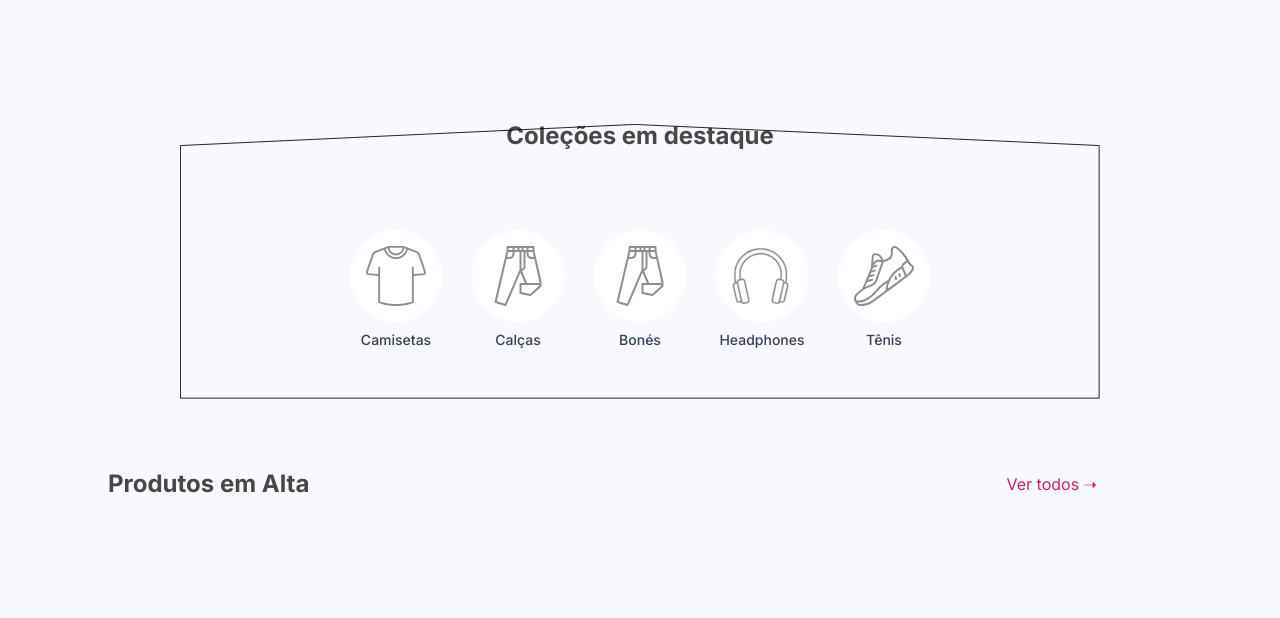
Repository: gimoli/loja-digital
Page: index.html
An editor plug-in stored every save of this project. The page is shown before and after the next save, followed by the edit.
The browser window is 1280 px wide. The pictures show the part of the page from y = 1294 to 1920 px (the page is 1912 px tall before and 1920 px after).

Above is the page before, as saved 2025-04-25 15:10:20.

### index.html
<!DOCTYPE html>
<html lang="pt-br">
<head>
    <meta charset="UTF-8">
    <meta name="viewport" content="width=device-width, initial-scale=1.0">
    <title>Digital Store</title>
    <link href="./style.css" rel="stylesheet">
    <script src="https://cdn.jsdelivr.net/npm/@tailwindcss/browser@4"></script>
    <link rel="shortcut icon" href="/assets/Logo-Digital.svg" type="image/x-icon">
</head>
<body>
<header class="flex flex-col gap-12 px-[108px] py-[38px]">
    <div class="flex items-center justify-between">
        <div class="flex gap-1">
            <img src="/assets/Logo-Digital.svg" alt="Logo da Digital Store">
            <h1 class="text-4xl text-(--primary-color) font-semibold">Digital Store</h1>
        </div>
        <input type="text" placeholder="Pesquisar produto..." class="bg-(--light-gray-3) py-2 px-3 rounded-lg ml-40 mr-14
         bg-[url(/assets/search.svg)] bg-no-repeat bg-right focus:placeholder-transparent w-[560px] focus:outline-none"/>
        <div>
            <a href="#" class="bg-(--primary-color) text-white rounded-lg px-7 py-3 font-bold text-sm">
                Entrar
            </a>
        </div>
        <div class="relative">
            <img src="/assets/Carrinho-preto.svg" alt="Imagem de um carrinho de compras">
            <div class="flex justify-center items-center absolute bg-(--tertiary-color) text-white font-bold text-xs rounded-full w-[18px] h-[18px] bottom-[15px] left-3">
                2
            </div>
        </div>
    </div>
    </div>
    <nav class="pl-32">
        <ul class="flex gap-6 text-(--dark-gray-2)">
            <li class="hover:text-(--primary-color) hover:font-bold">
                <a href="#">
                Home
            </a>
        </li>
            <li class="hover:text-(--primary-color) hover:font-bold">
                <a href="#">
                Produtos
            </a>
        </li>
            <li class="hover:text-(--primary-color) hover:font-bold">
                <a href="#">
                Categorias
            </a>
        </li>
            <li class="hover:text-(--primary-color) hover:font-bold">
                <a href="#">
                Meus Pedidos
            </a>
        </li>
        </ul>
    </nav>
</header>
<main>
    <section class="flex px-[108px] bg-(--light-gray-3) py-[78px] h-[680px] relative">
        <div class="flex flex-col gap-5 w-[466px]">
            <p class="text-(--warnig-color) font-bold">
                Melhores ofertas personalizadas
            </p>
            <h2 class="font-extrabold text-6xl">
                Queima de estoque Nike 🔥
            </h2>
            <p class="text-(--dark-gray-2) text-lg">
                Consequat culpa exercitation mollit nisi excepteur do do tempor laboris eiusmod irure consectetur.
            </p>
            <a href="#" class="flex items-center justify-center bg-(--primary-color) text-(--light-gray-3) font-bold w-[210px] h-[48px] rounded-lg">
                Ver Ofertas
            </a>
        </div>
        <img src="/assets/White-Sneakers-PNG-Clipart 1.svg" alt="Foto de um tenis branco" class="absolute right-28 bottom-8"/>
        <img src="/assets/ornament.svg" alt="Firula do site - by wendell" class="absolute top-12 right-8">
    </section>

    <section class="flex flex-col gap-15 px-[108px] py-[42px] bg-(--sec-color)">
        <div class="flex flex-col gap-10">
            <h4 class="text-(--dark-gray-2) font-bold text-2xl">
                Coleções em destaque
            </h4>
            <ul class="grid grid-cols-3 gap-3.5 h-68">
                <li  class="flex bg-[#D8E3F2] pl-8 pt-8 rounded-md relative bg-[url(/assets/star-wars-shirt-pic.svg)] bg-no-repeat bg-bottom-right">
                    <div class="w-1/2 z-10">
                    <p class="bg-[#E7FF86] rounded-4xl font-bold text-(--dark-gray-2) w-[96px] text-center py-1.5 text-sm">
                        30% OFF
                    </p>
                    <h5 class="font-bold text-(--dark-gray) text-4xl mt-2.5 mb-8">
                        Novo drop Supreme
                    </h5>
                    <a href="#" class="text-(--primary-color) bg-white rounded-xl font-bold px-12 py-4.5">
                        Comprar
                    </a>
                </div>
                </li>
                <li  class="flex bg-[#D8E3F2] pl-8 pt-8 rounded-md relative bg-[url(/assets/sneaks-pic.svg)] bg-no-repeat bg-bottom-right">
                    <div class="w-1/2 z-10">
                    <p class="bg-[#E7FF86] rounded-4xl font-bold text-(--dark-gray-2) w-[96px] text-center py-1.5 text-sm">
                        30% OFF
                    </p>
                    <h5 class="font-bold text-(--dark-gray) text-4xl mt-2.5 mb-8">
                        Coleção Adidas
                    </h5>
                    <a href="#" class="text-(--primary-color) bg-white rounded-xl font-bold px-12 py-4.5">
                        Comprar
                    </a>
                </div>
                </li>
                <li  class="flex bg-[#D8E3F2] pl-8 pt-8 rounded-md relative bg-[url(/assets/headphone-pic.svg)] bg-no-repeat bg-bottom-right">
                    <div class="w-1/2 z-10">
                    <p class="bg-[#E7FF86] rounded-4xl font-bold text-(--dark-gray-2) w-[96px] text-center py-1.5 text-sm">
                        30% OFF
                    </p>
                    <h5 class="font-bold text-(--dark-gray) text-4xl mt-2.5 mb-8">
                        Novo<br> Beats Bass
                    </h5>
                    <a href="#" class="text-(--primary-color) bg-white rounded-xl font-bold px-12 py-4.5">
                        Comprar
                    </a>
                </div>
                </li>
            </ul>
        </div>

    </section>

    <section class="relative flex flex-col gap-15 px-[180px] py-[42px] bg-(--sec-color)">

        <div class="flex flex-col gap-10 relative">
            <img src="/assets/borda.svg" alt="foto da borda" class="absolute left-0 top-10 " />
            <h4 class="text-(--dark-gray-2) font-bold text-2xl text-center py-9 ">
                Coleções em destaque
            </h4>
        </div>
    </section>


        <section class="flex justify-evenly px-80  bg-(--sec-color)">
            <div class="flex flex-col items-center">
        <div class="bg-(--white) rounded-full p-4 w-fit">
            <img src="assets/T-shirt.svg" alt="Foto da blus" class=" w-[60px] h-[60px] ">
        </div>
        <span class="mt-2 text-sm font-medium text-gray-700">Camisetas</span>
</div>
            <div class="flex flex-col items-center">
                <div class="bg-(--white) rounded-full p-4 w-fit">
                    <img src="assets/Pants.svg" alt="Foto da calça"  class=" w-[60px] h-[60px]">
            </div>
                <span class="mt-2 text-sm font-medium text-gray-700">Calças</span>
            </div>

            <div class="flex flex-col items-center">
            <div class="bg-(--white) rounded-full p-4 w-fit">
              <img src="assets/Pants.svg" alt="era para ser o bone"  class="  w-[60px] h-[60px]">
            </div>
            <span class="mt-2 text-sm font-medium text-gray-700">Bonés</span>
            </div>

            <div class="flex flex-col items-center">
            <div class="bg-(--white) rounded-full p-4 w-fit">
              <img src="assets/Headphones-colecoes-em-destaque.svg" alt="Foto do fone de ouvido"  class="  w-[60px] h-[60px]">
            </div>
            <span class="mt-2 text-sm font-medium text-gray-700">Headphones</span>
            </div>

            <div class="flex flex-col items-center">
            <div class="bg-(--white) rounded-full p-4 w-fit">
              <img src="assets/Tenis.svg" alt="Foto do Tênis"  class="  w-[60px] h-[60px]">
            </div>
            <span class="mt-2 text-sm font-medium text-gray-700">Tênis</span>
            </div>

    </section>
    <section class="flex flex-col gap-15 px-[108px] py-[42px] bg-(--sec-color)">
        <div class="flex flex-col gap-10">
            <div class="flex justify-between items-center">
                <h4 class="text-(--dark-gray-2) font-bold text-2xl py-19">
                    Produtos em Alta
                </h4>
                <a href="#" class="text-(--primary-color) mr-[75px]">
                    Ver todos ➝
                </a>
            </div>
        </div>
    </section>
</main>
</body>
</html>

### style.css
@import url('https://fonts.googleapis.com/css2?family=Inter:ital,opsz,wght@0,14..32,100..900;1,14..32,100..900&display=swap');

:root {
    --dark-gray: #1F1F1F;
    --dark-gray-2: #474747;
    --dark-gray-3: #666666;
    --light-gray: #8F8F8F;
    --light-gray-2: #CCCCCC;
    --light-gray-3: #F5F5F5;
    --white: #FFFFFF;
    --sec-color: #F9F8FE;
    --primary-color: #C92071;
    --secondary-color: #B5B6F2;
    --tertiary-color: #991956;
    --error-color: #EE4266;
    --success-color: #52CA76;
    --warnig-color: #F6AA1C;
    --primary-gradient: 180deg, #C92071, #EDABCA;
    --secondary-gradient: 180deg, #B5B6F2, #EFEFFF;
}

* {
    font-family: "Inter", sans-serif;
    box-sizing: border-box;
}

After the next save:
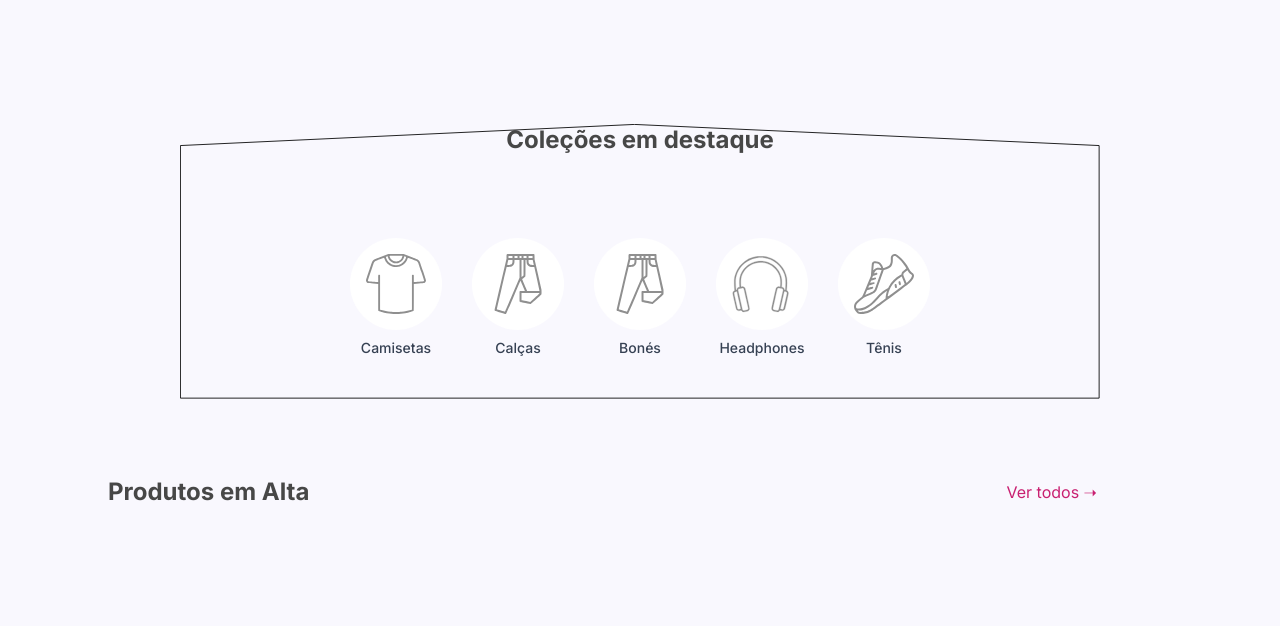
Saved 17 s later.
--- a/index.html
+++ b/index.html
@@ -129,7 +129,7 @@
 
         <div class="flex flex-col gap-10 relative">
             <img src="/assets/borda.svg" alt="foto da borda" class="absolute left-0 top-10 " />
-            <h4 class="text-(--dark-gray-2) font-bold text-2xl text-center py-9 ">
+            <h4 class="text-(--dark-gray-2) font-bold text-2xl text-center py-10 ">
                 Coleções em destaque
             </h4>
         </div>

After the save that followed:
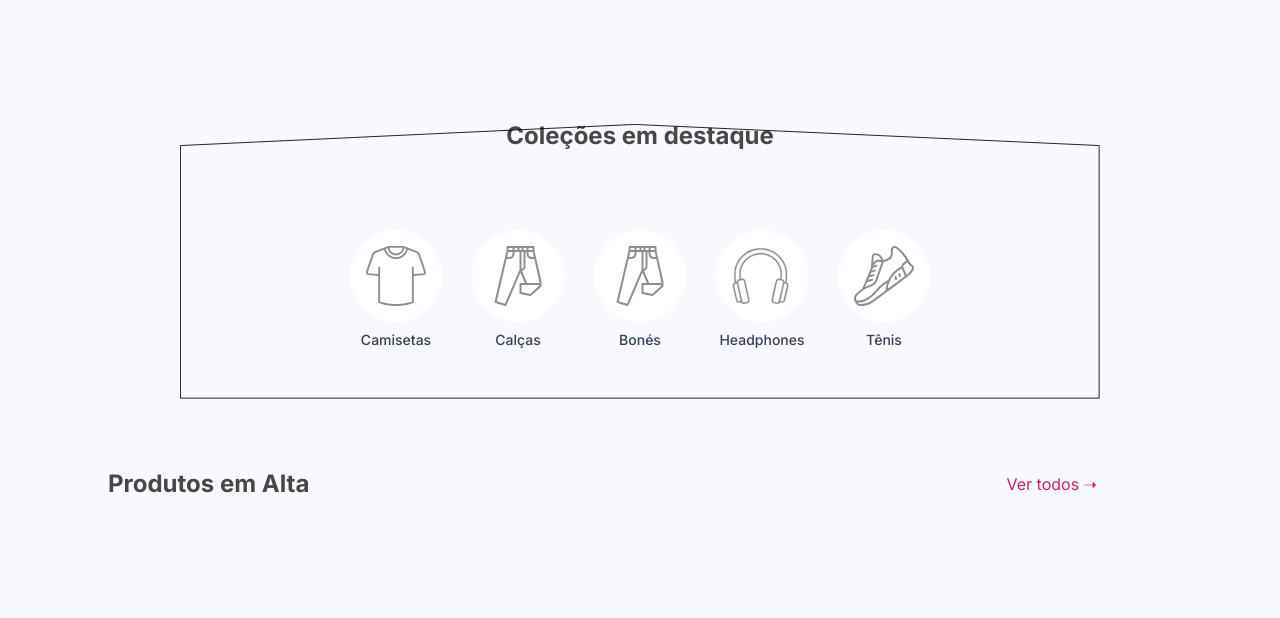
Saved 12 s later.
--- a/index.html
+++ b/index.html
@@ -129,7 +129,7 @@
 
         <div class="flex flex-col gap-10 relative">
             <img src="/assets/borda.svg" alt="foto da borda" class="absolute left-0 top-10 " />
-            <h4 class="text-(--dark-gray-2) font-bold text-2xl text-center py-10 ">
+            <h4 class="text-(--dark-gray-2) font-bold text-2xl text-center py-9 ">
                 Coleções em destaque
             </h4>
         </div>
